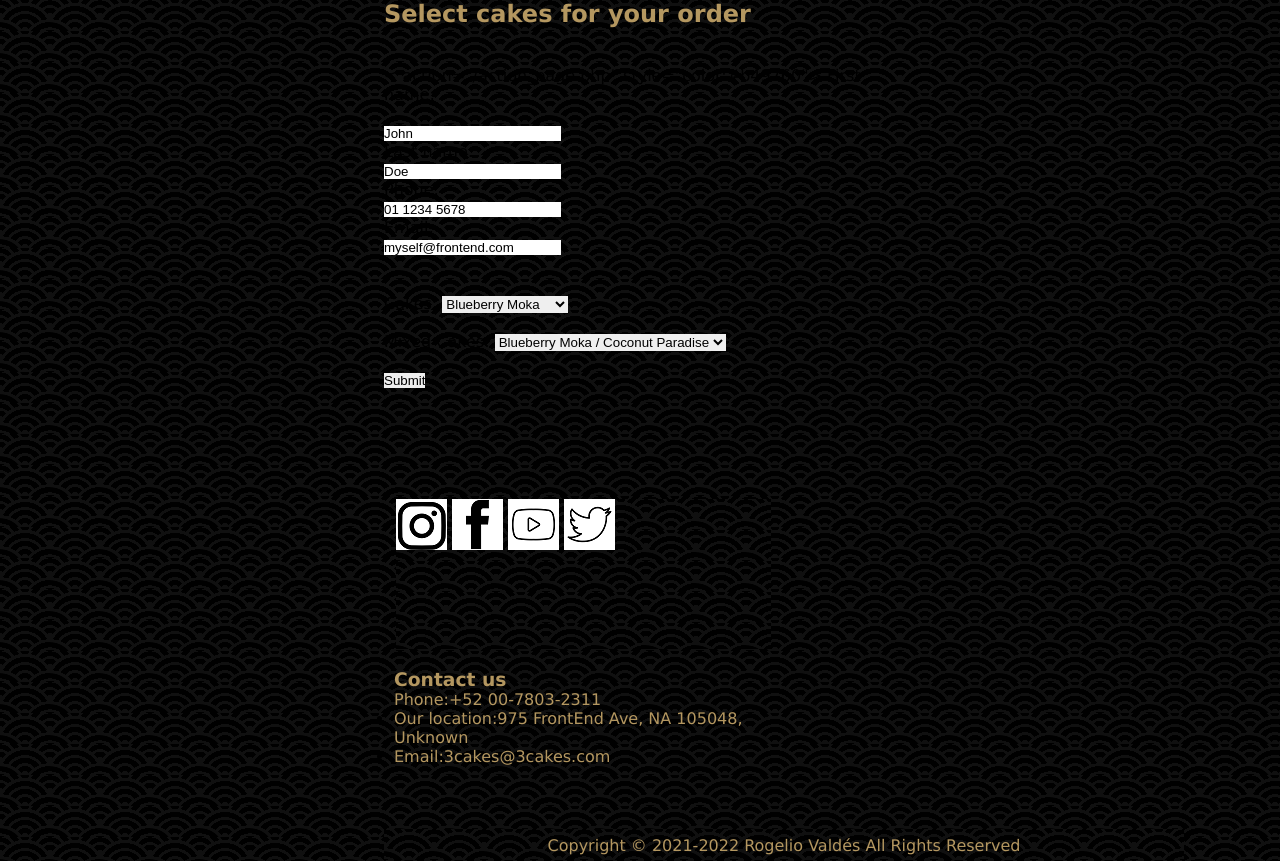
Repository: roge64/htmlfrontend
Page: orders.html
The author's editor kept a copy of each file at every save. The page is drawn from the files as they stood at one save, then again after the next save.
The browser window is 1280 px wide. The pictures show the whole page.

Above is the page before, as saved 2022-03-04 16:00:36.

After the next save:
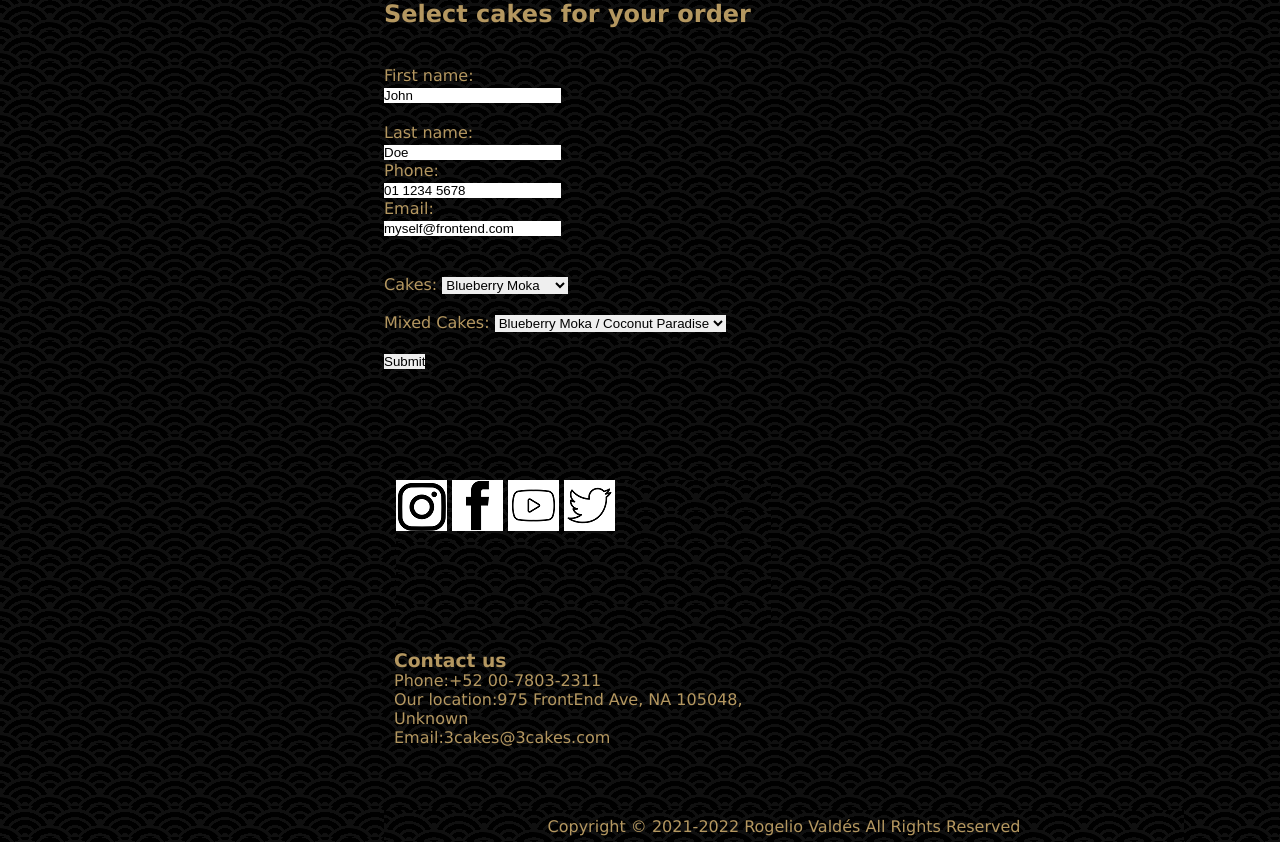
Saved 22 s later.
--- a/orders.html
+++ b/orders.html
@@ -13,10 +13,11 @@
     <h2 style="color:#b49760"> Select cakes for your order</h2>
     <br></br>
 
-    < action="/action_page.php" style="color:#b49760">
+    <form action="/action_page.php" style="color:#b49760">
       <label for="fname">First name:</label>
-      <br></br>
+      <br>
       <input type="text" id="fname" name="fname" value="John">
+      <br>
       <br>
       <label for="lname">Last name:</label>
       <br>
